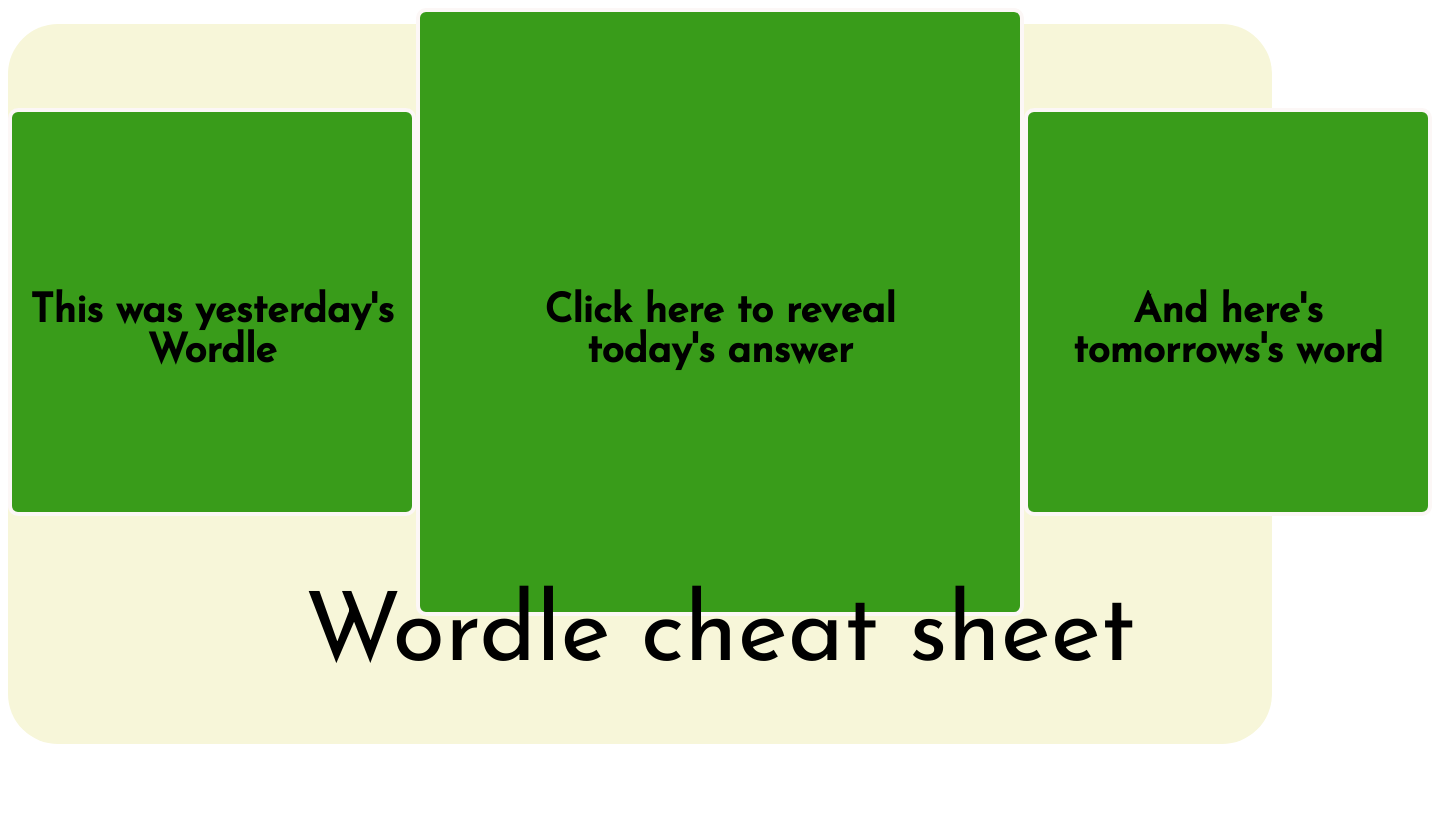
Repository: enoripl/tomorrows-wordle
Page: index.html
The author's editor kept a copy of each file at every save. The page is drawn from the files as they stood at one save, then again after the next save.
The browser window is 1280 px wide. The page is 1432 px wide, so the pictures cover 1432 px, including what lies to the right of the window. The pictures show the whole page.

Above is the page before, as saved 2022-02-09 19:23:05.

### index.html
<!DOCTYPE html>
<html lang="en">
  <head>
    <meta charset="UTF-8" />
    <meta http-equiv="X-UA-Compatible" content="IE=edge" />
    <meta name="viewport" content="width=device-width, initial-scale=1.0" />
    <link rel="stylesheet" href="styles.css" />
    <link
    rel="stylesheet"
    href="https://cdnjs.cloudflare.com/ajax/libs/animate.css/4.1.1/animate.min.css"
  />
    <script type="text/javascript" src="script.js" defer></script>
    <title>Today's (and tommorow's Wordle)</title>
  </head>
  <body>
    <main class="main-content">
      <div class="buttons-section">
        <div class="buttons-group">
          <div class="answer-btns" id="yesterdays-btn">
            This was yesterday's Wordle
          </div>
          <div class="answer-btns" id="todays-btn">
            Click here to reveal
            today's answer
          </div>
          <div class="answer-btns" id="tomorrows-btn">
            And here's tomorrows's word
          </div>
        </div>
      </div>
      <div class="logo-section">
        <div class="logo">Wordle cheat sheet</div>
    </main>
    </header>
  </body>
</html>

### styles.css
@import url("https://fonts.googleapis.com/css2?family=Josefin+Sans:wght@300;400;500&display=swap");

body {
  font-family: "Josefin Sans", sans-serif;
  white-space: pre-line;
}

.main-content {
    min-height: 100vh;
display: grid;
grid-template-rows: 80% 10%;
  background-color: rgb(247, 246, 217);
    border-radius: 50px;
}

.buttons-section {
    display: flex;
    justify-content: center;
    align-items: center;
}

.buttons-group {
  display: flex;
  align-items: center;
}

.answer-btns {
  display: flex;
  justify-content: center;
  align-items: center;
  text-align: center;
  background-color: rgb(57, 156, 26);
  height: 400px;
  width: 400px;
  font-size: 2.5rem;
  font-weight: 600;
  border-radius: 10px;
  border: 4px solid rgb(252, 247, 246);
}

#todays-btn {
  height: 600px;
  width: 600px;
}

.answer-text {
  font-size: 5rem;
  font-weight: 800;
}

.logo-section {
  display: flex;
  justify-content: center;
  align-items: center;
  font-size: 6rem;
}

Loaded but not shown: script.js (2355 lines, source omitted)

After the next save:
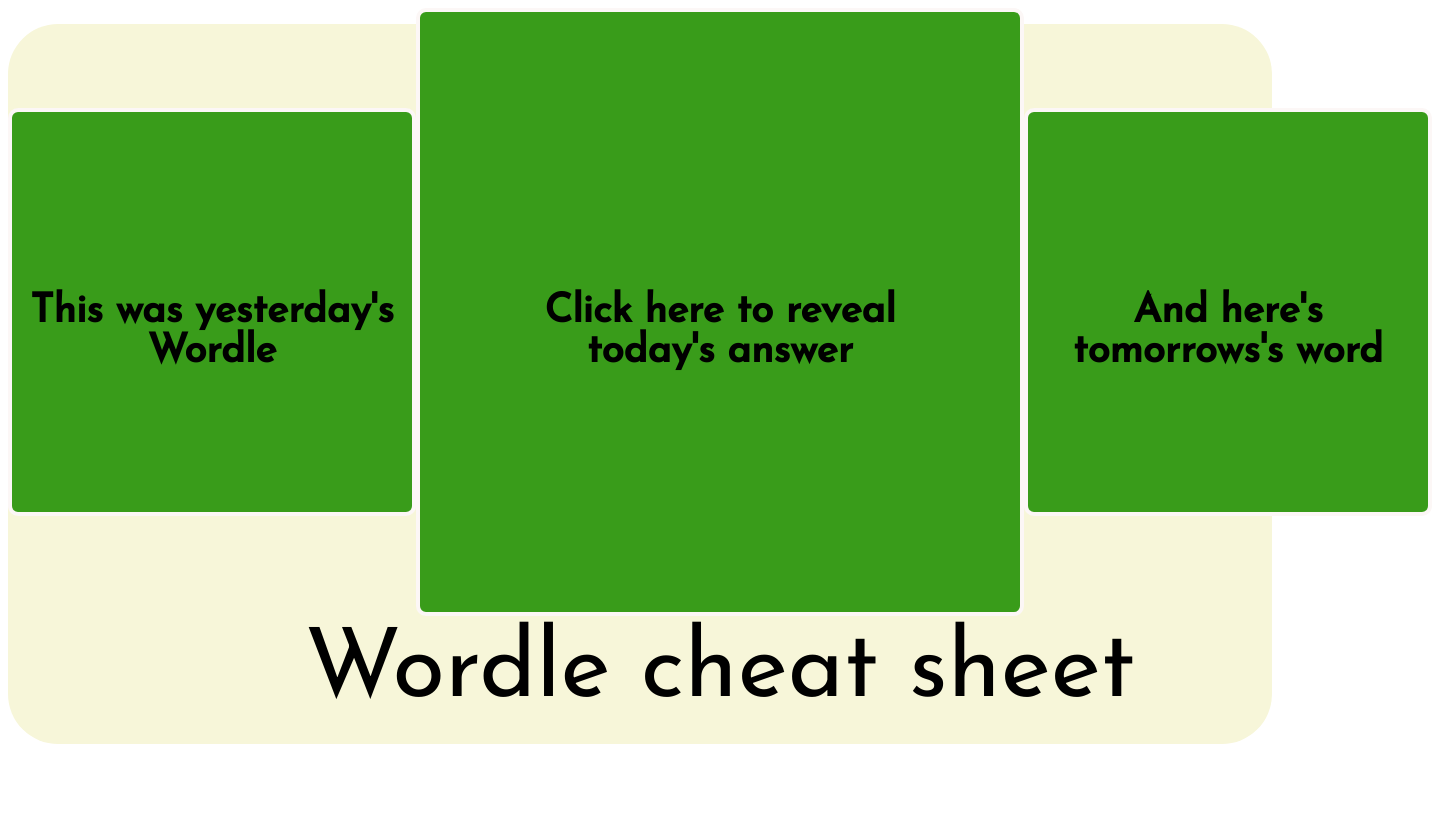
Saved 51 s later.
--- a/styles.css
+++ b/styles.css
@@ -8,7 +8,7 @@
 .main-content {
     min-height: 100vh;
 display: grid;
-grid-template-rows: 80% 10%;
+grid-template-rows: 80% 1fr;
   background-color: rgb(247, 246, 217);
     border-radius: 50px;
 }
